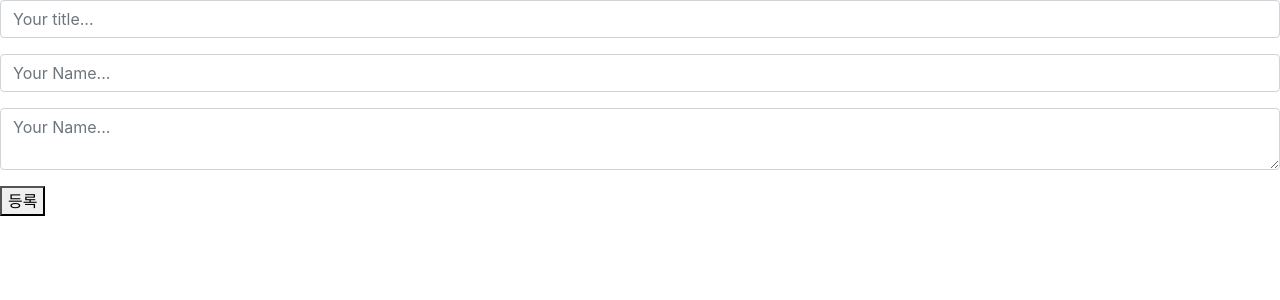
Repository: devlearncampus/gallery
Page: http://localhost/galleryapp/gallery/write.jsp
An editor plug-in stored every save of this project. The page is shown before and after the next save, followed by the edit.
The browser window is 1280 px wide. The pictures show the whole page.
The page is served by Tomcat 9. Other server files are loaded and not shown.

Above is the page before, as saved 2026-09-28 02:19:27.

### galleryapp/src/main/webapp/gallery/write.jsp
<%@ page contentType="text/html; charset=UTF-8"%>
<!DOCTYPE html>
<html>
<head>
<meta charset="UTF-8">
<title>Insert title here</title>
<!-- Latest compiled and minified CSS -->
<link rel="stylesheet" href="https://cdn.jsdelivr.net/npm/bootstrap@4.6.2/dist/css/bootstrap.min.css">

<!-- jQuery library -->
<script src="https://cdn.jsdelivr.net/npm/jquery@3.7.1/dist/jquery.slim.min.js"></script>

<!-- Popper JS -->
<script src="https://cdn.jsdelivr.net/npm/popper.js@1.16.1/dist/umd/popper.min.js"></script>

<!-- Latest compiled JavaScript -->
<script src="https://cdn.jsdelivr.net/npm/bootstrap@4.6.2/dist/js/bootstrap.bundle.min.js"></script>
</head>
<body>

	<!-- 게시판 글쓰기 폼을 부트스트랩 디자인으로 제작해보기  -->
	<form>
		<div class="form-group">
			<input type="text" placeholder="Your title..." class="form-control">
		</div>

		<div class="form-group">
			<input type="text" placeholder="Your Name..." class="form-control">
		</div>

		<div class="form-group">
			<textarea placeholder="Your Name..." class="form-control"></textarea>
		</div>

		<div class="form-group">
			<button>등록</button>
		</div>

	</form>

</body>
</html>

After the next save:
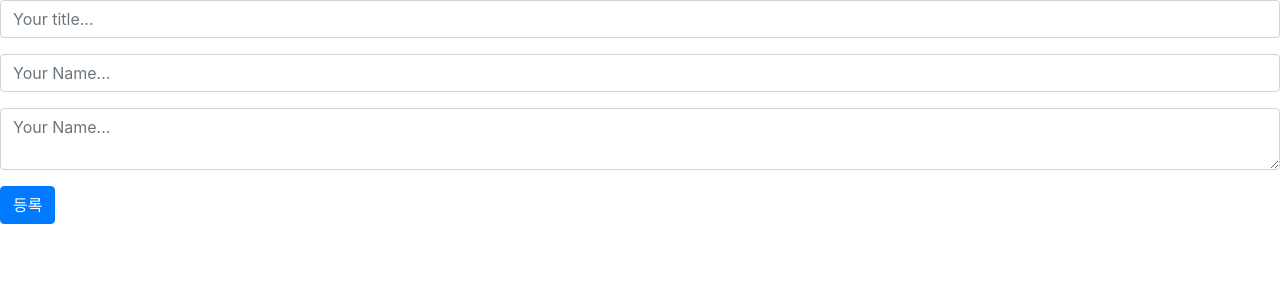
Saved 25 s later.
--- a/galleryapp/src/main/webapp/gallery/write.jsp
+++ b/galleryapp/src/main/webapp/gallery/write.jsp
@@ -33,7 +33,7 @@
 		</div>
 
 		<div class="form-group">
-			<button>등록</button>
+			<button class="btn btn-primary">등록</button>
 		</div>
 
 	</form>
